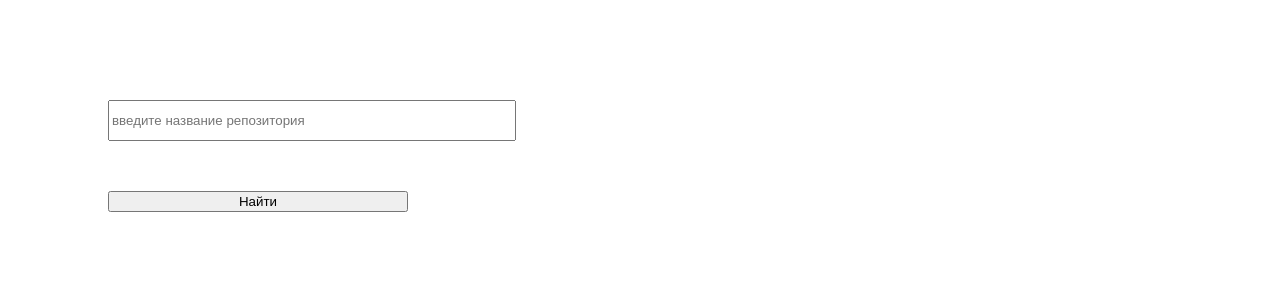
Repository: Grid-Master/repositoriesSearch
Page: index.html
An editor plug-in stored every save of this project. The page is shown before and after the next save, followed by the edit.
The browser window is 1280 px wide. The pictures show the whole page.
The page's requests for data from a server got no answer.

Above is the page before, as saved 2023-03-05 19:47:45.

### index.html
<!DOCTYPE html>
<html lang="en">
  <head>
    <meta charset="UTF-8" />
    <meta http-equiv="X-UA-Compatible" content="IE=edge" />
    <meta name="viewport" content="width=device-width, initial-scale=1.0" />
    <title>git</title>
    <style>
      form {
        display: flex;
        flex-direction: column;
        margin: 100px;
      }
      button {
        width: 300px;
      }
      input {
        width: 400px;
        height: 35px;
        margin-bottom: 50px;
      }
    </style>
  </head>
  <body>
    <form>
      <input type="text" placeholder="введите название репозитория" />
      <button type="submit">Найти</button>
    </form>
    <script src="./script.js"></script>
  </body>
</html>

### script.js
let repositories = [];
const token = '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';

async function getRepositories() {
  let response = await fetch(`https://api.github.com/repositories`, {
    headers: {
      Authorization: `Bearer ${token}`,
    },
  });

  repositories = await response.json();
}

async function func1() {
  await getRepositories();
  console.log(repositories);
  console.log(repositories.length);
}

func1();

After the next save:
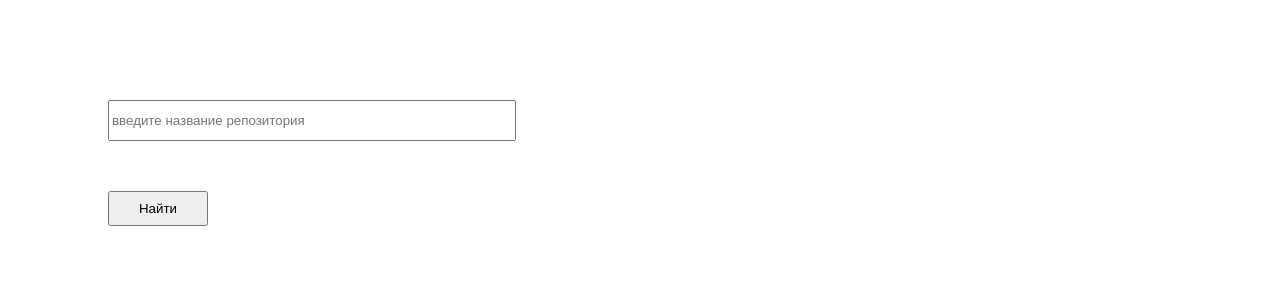
Saved 10 s later.
--- a/index.html
+++ b/index.html
@@ -12,7 +12,8 @@
         margin: 100px;
       }
       button {
-        width: 300px;
+        width: 100px;
+        height: 35px;
       }
       input {
         width: 400px;
